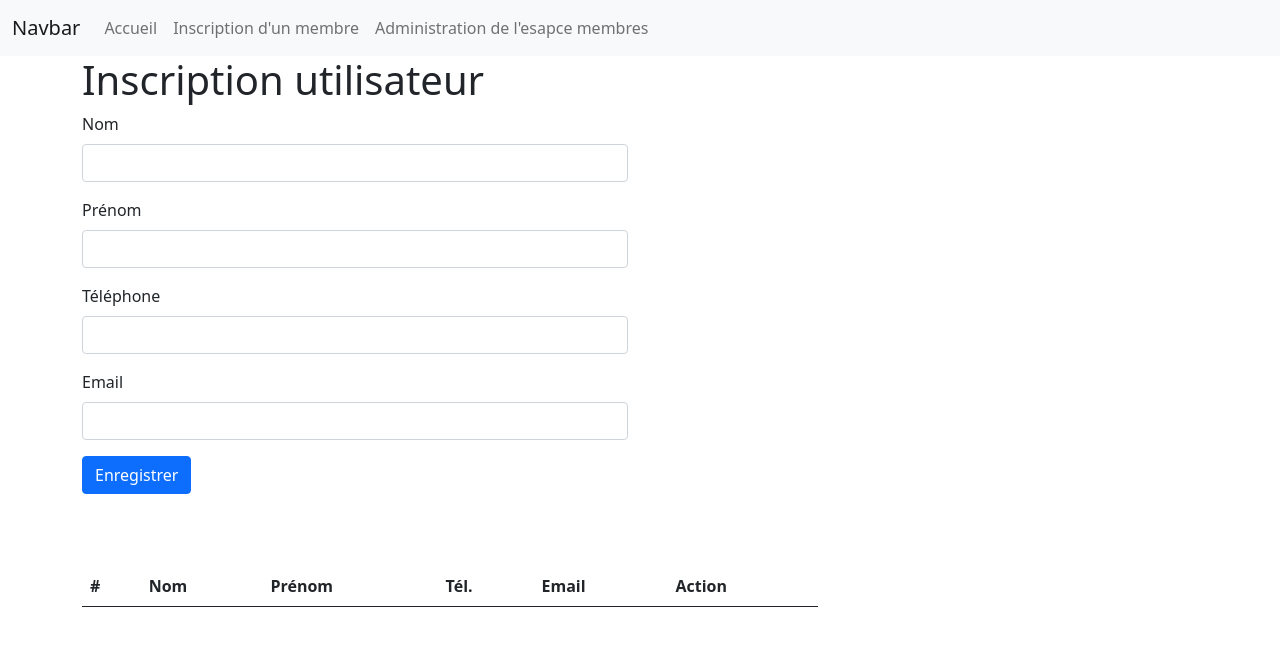
Repository: arione15/Ud-Mast_PHP_POO_espace_membre
Page: http://localhost/administration.php
These files come from the project's save history. The page is drawn as it stood at one moment and after the next save; the edit follows.
The browser window is 1280 px wide. The pictures show the whole page.
The page is run by PHP 8.4 with error messages shown; the project is at /var/www/html/. Queries for data that is not in the repository find no rows.

Above is the page before, as saved 2021-07-31 12:22:30.

After the next save:
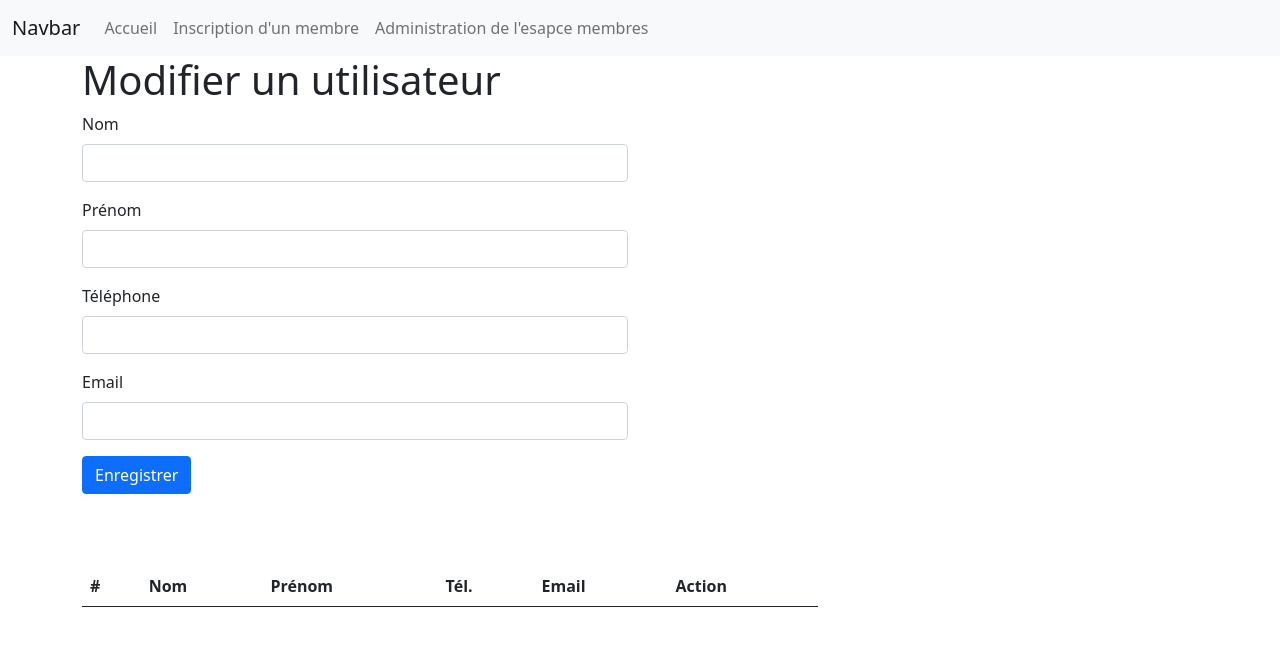
Saved 31 s later.
--- a/administration.php
+++ b/administration.php
@@ -47,7 +47,7 @@ $manager = new UtilisateursManager($pdo);
 
 
     <div class="container">
-        <h1>Inscription utilisateur</h1>
+        <h1>Modifier un utilisateur</h1>
         <div class="row">
             <div class="col-md-6">
                 <form action="#" method="post" col-md-6>
